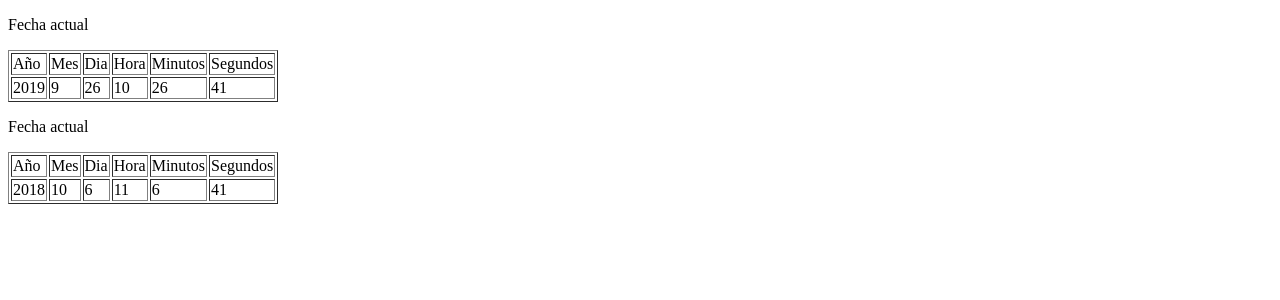
Repository: weertop/2DAW
Page: http://localhost/fechas/calendario.jsp
An editor plug-in stored every save of this project. The page is shown before and after the next save, followed by the edit.
The browser window is 1280 px wide. The pictures show the whole page.
The page is served by Tomcat 9.

Above is the page before, as saved 2019-10-16 08:27:41.

After the next save:
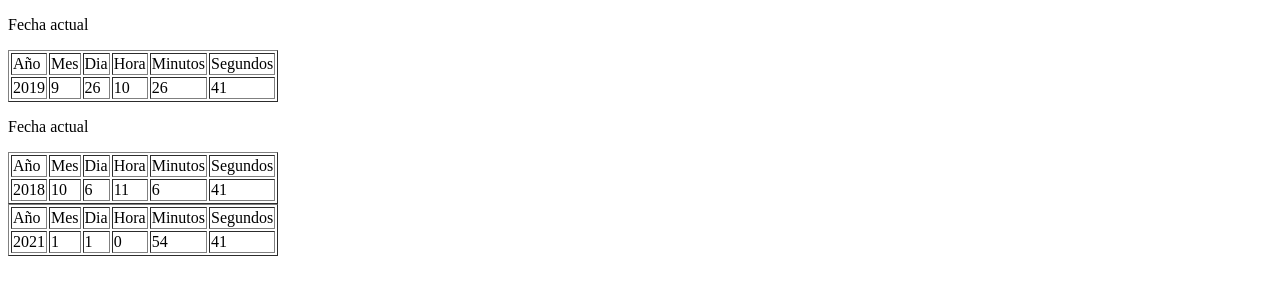
Saved 25 s later.
--- a/DWServidor/eclipse-workspace-photom/fechas/WebContent/calendario.jsp
+++ b/DWServidor/eclipse-workspace-photom/fechas/WebContent/calendario.jsp
@@ -83,5 +83,26 @@ public static int[] sacaCalendar(Calendar f){
 		%>
 	</tr>
 </table>
+
+<table border="1">
+	<tr>
+		<td>Año</td>
+		<td>Mes</td>
+		<td>Dia</td>
+		<td>Hora</td>
+		<td>Minutos</td>
+		<td>Segundos</td>
+	</tr>
+
+	<tr>
+		<%
+			for(int i=0;i<actual.length;i++){
+		%>
+			<td><%=actual[i]%></td>
+		<%
+		}
+		%>
+	</tr>
+</table>
 </body>
 </html>
